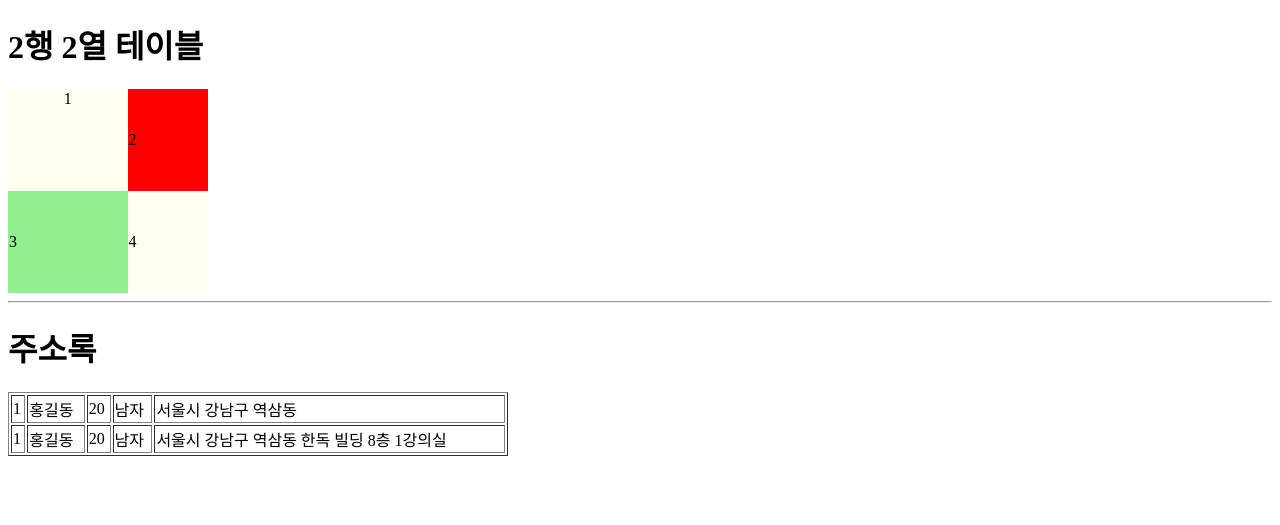
Repository: JeongWoo-Jang/Edu-Backup
Page: 5. HTML & CSS & JSP/ClientTest/WebContent/ex13_table.html
These files come from the project's save history. The page is drawn as it stood at one moment and after the next save; the edit follows.
The browser window is 1280 px wide. The pictures show the whole page.

Above is the page before, as saved 2020-06-19 07:31:37.

After the next save:
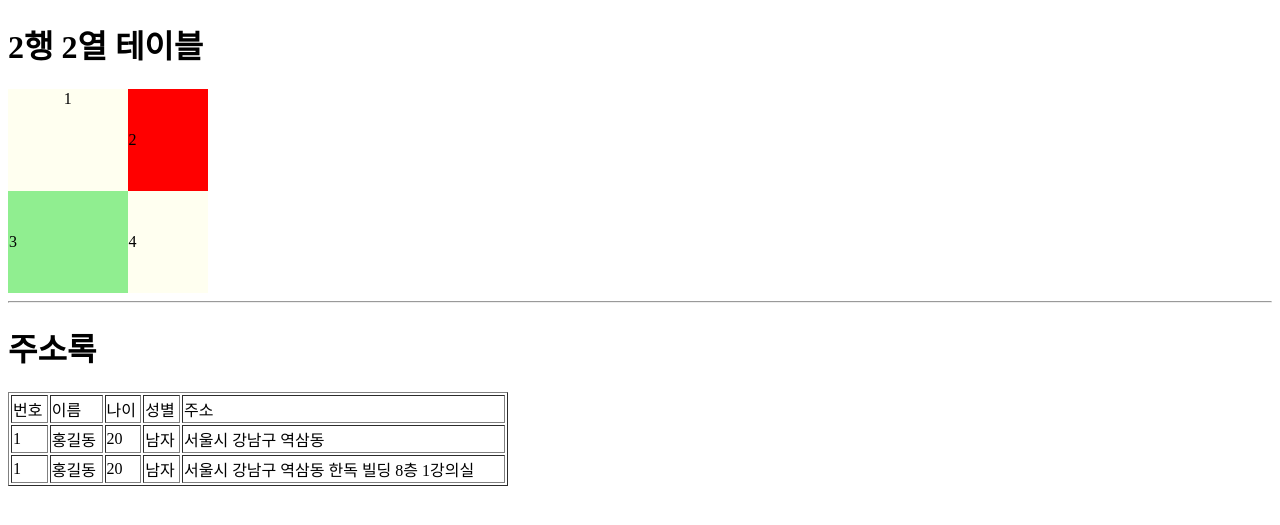
Saved 43 s later.
--- a/5. HTML & CSS & JSP/ClientTest/WebContent/ex13_table.html
+++ b/5. HTML & CSS & JSP/ClientTest/WebContent/ex13_table.html
@@ -43,6 +43,14 @@
 	 <h1>주소록</h1>
 
 	 <table border="1" width="500">
+	 	<!-- 테이블 헤더 -->
+	 	<tr>
+	 		<td>번호</td>
+	 		<td>이름</td>
+	 		<td>나이</td>
+	 		<td>성별</td>
+	 		<td>주소</td>
+	 	</tr>
 	 	<tr>
 	 		<td>1</td>
 	 		<td>홍길동</td>
